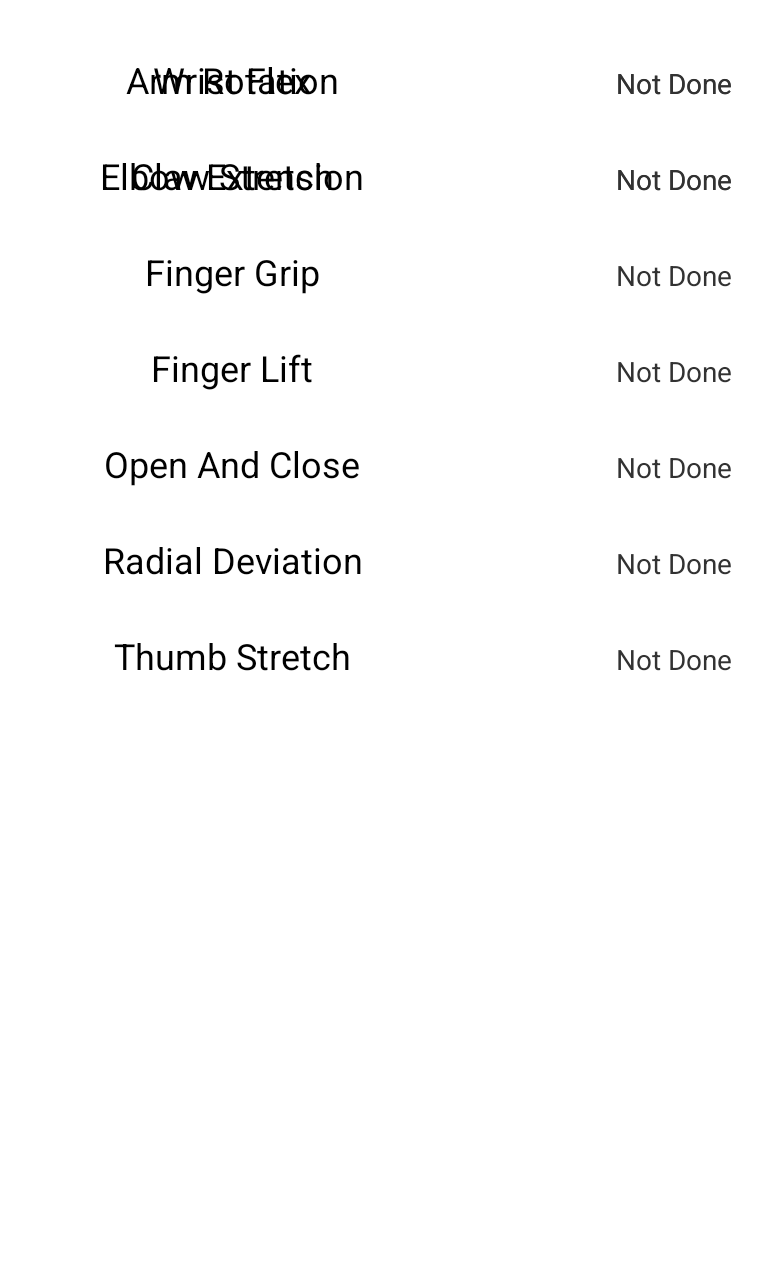
Repository: zi-yang-zhang/ECSE424-Group8
Layout: Hi Fi Prototype/ReHand/ReHand/res/layout/activity_details_page.xml
An editor plug-in stored every save of this project. The layout is shown before and after the next save, followed by the edit.
It is drawn on a 768 x 1280 px phone screen (xhdpi) without system bars, with theme AppTheme; the app's code is not run.

Above is the layout before, as saved 2014-02-20 02:43:55.

### Hi Fi Prototype/ReHand/ReHand/res/layout/activity_details_page.xml
<RelativeLayout xmlns:android="http://schemas.android.com/apk/res/android"
    xmlns:tools="http://schemas.android.com/tools"
    android:layout_width="match_parent"
    android:layout_height="match_parent"
    android:paddingBottom="@dimen/activity_vertical_margin"
    android:paddingLeft="@dimen/activity_horizontal_margin"
    android:paddingRight="@dimen/activity_horizontal_margin"
    android:paddingTop="@dimen/activity_vertical_margin"
    tools:context=".ElbowExtensionPage" >

    <Button
        android:id="@+id/button4"
        android:layout_width="200dp"
        android:layout_height="wrap_content"
        android:layout_alignleft="@+id/button7"
        style="?android:attr/borderlessButtonStyle"
        android:text="@string/exercise_text_wrist_flex" />

    <TextView
        android:id="@+id/ArmRotationProgress"
        android:layout_width="60dp"
        android:layout_height="wrap_content"
        android:layout_alignBaseline="@+id/button1"
        android:layout_alignBottom="@+id/button1"
        android:layout_alignParentRight="true"
        android:text="@string/progress_arm_rotation"
        android:textAppearance="?android:attr/textAppearanceSmall" />

    <TextView
        android:id="@+id/ClawStretchProgress"
        android:layout_width="60dp"
        android:layout_height="wrap_content"
        android:layout_alignBaseline="@+id/button5"
        android:layout_alignBottom="@+id/button5"
        android:layout_alignLeft="@+id/ArmRotationProgress"
        android:text="@string/progress_claw_stretch"
        android:textAppearance="?android:attr/textAppearanceSmall" />

    <TextView
        android:id="@+id/ElbowExtensionProgress"
        android:layout_width="60dp"
        android:layout_height="wrap_content"
        android:layout_alignBaseline="@+id/button6"
        android:layout_alignBottom="@+id/button6"
        android:layout_alignParentRight="true"
        android:text="@string/progress_elbow_extension"
        android:textAppearance="?android:attr/textAppearanceSmall" />

    <TextView
        android:id="@+id/FingerGripProgress"
        android:layout_width="60dp"
        android:layout_height="wrap_content"
        android:layout_alignBaseline="@+id/button7"
        android:layout_alignBottom="@+id/button7"
        android:layout_alignLeft="@+id/ElbowExtensionProgress"
        android:text="@string/progress_finger_grip"
        android:textAppearance="?android:attr/textAppearanceSmall" />

    <TextView
        android:id="@+id/FingerLiftProgress"
        android:layout_width="60dp"
        android:layout_height="wrap_content"
        android:layout_alignBaseline="@+id/button2"
        android:layout_alignBottom="@+id/button2"
        android:layout_alignLeft="@+id/FingerGripProgress"
        android:text="@string/progress_finger_lift"
        android:textAppearance="?android:attr/textAppearanceSmall" />

    <TextView
        android:id="@+id/WristFlexProgress"
        android:layout_width="60dp"
        android:layout_height="wrap_content"
        android:layout_alignBaseline="@+id/button4"
        android:layout_alignBottom="@+id/button4"
        android:layout_alignLeft="@+id/ThumbStretchProgress"
        android:text="@string/progress_wrist_flex"
        android:textAppearance="?android:attr/textAppearanceSmall" />

    <TextView
        android:id="@+id/ThumbStretchProgress"
        android:layout_width="60dp"
        android:layout_height="wrap_content"
        android:layout_alignBaseline="@+id/button3"
        android:layout_alignBottom="@+id/button3"
        android:layout_alignLeft="@+id/RadialDeviationProgress"
        android:text="@string/progress_thumb_stretch"
        android:textAppearance="?android:attr/textAppearanceSmall" />

    <TextView
        android:id="@+id/RadialDeviationProgress"
        android:layout_width="60dp"
        android:layout_height="wrap_content"
        android:layout_alignBaseline="@+id/button9"
        android:layout_alignBottom="@+id/button9"
        android:layout_alignLeft="@+id/FingerLiftProgress"
        android:text="@string/progress_radial_deviation"
        android:textAppearance="?android:attr/textAppearanceSmall" />

    <TextView
        android:id="@+id/OpenAndCloseProgress"
        android:layout_width="60dp"
        android:layout_height="wrap_content"
        android:layout_alignBaseline="@+id/button8"
        android:layout_alignBottom="@+id/button8"
        android:layout_alignLeft="@+id/FingerLiftProgress"
        android:text="@string/progress_open_and_close"
        android:textAppearance="?android:attr/textAppearanceSmall" />

    <Button
        android:id="@+id/button1"
        style="?android:attr/borderlessButtonStyle"
        android:layout_width="200dp"
        android:layout_height="wrap_content"
        android:layout_alignLeft="@+id/button5"
        android:layout_alignParentTop="true"
        android:text="@string/exercise_text_arm_rotation" />

    <Button
        android:id="@+id/button6"
        style="?android:attr/borderlessButtonStyle"
        android:layout_width="200dp"
        android:layout_height="wrap_content"
        android:layout_below="@+id/button4"
        android:layout_alignLeft="@+id/button7"
        android:text="@string/exercise_text_elbow_extension" />

    <Button
        android:id="@+id/button7"
        style="?android:attr/borderlessButtonStyle"
        android:layout_width="200dp"
        android:layout_height="wrap_content"
        android:layout_below="@+id/button6"
        android:layout_alignLeft="@+id/button2"
        android:text="@string/exercise_text_finger_grip" />

    <Button
        android:id="@+id/button2"
        style="?android:attr/borderlessButtonStyle"
        android:layout_width="200dp"
        android:layout_height="wrap_content"
        android:layout_below="@+id/button7"
        android:layout_alignLeft="@+id/button8"
        android:text="@string/exercise_text_finger_lift" />

    <Button
        android:id="@+id/button8"
        style="?android:attr/borderlessButtonStyle"
        android:layout_width="200dp"
        android:layout_height="wrap_content"
        android:layout_below="@+id/button2"
        android:layout_alignLeft="@+id/button9"
        android:text="@string/exercise_text_open_and_close" />

    <Button
        android:id="@+id/button9"
        style="?android:attr/borderlessButtonStyle"
        android:layout_width="200dp"
        android:layout_height="wrap_content"
        android:layout_below="@+id/button8"
        android:layout_alignLeft="@+id/button3"
        android:text="@string/exercise_text_radial_deviation" />

    <Button
        android:id="@+id/button3"
        style="?android:attr/borderlessButtonStyle"
        android:layout_width="200dp"
        android:layout_height="wrap_content"
        android:layout_below="@+id/button9"
        android:layout_alignLeft="@+id/button4"
        android:text="@string/exercise_text_thumb_stretch" />

    <Button
        android:id="@+id/button5"
        style="?android:attr/borderlessButtonStyle"
        android:layout_width="200dp"
        android:layout_height="wrap_content"
        android:layout_below="@+id/button1"
        android:layout_alignLeft="@+id/button6"
        android:text="@string/exercise_botton_text_claw_stretch" />

</RelativeLayout>

### Hi Fi Prototype/ReHand/ReHand/res/values/strings.xml
<?xml version="1.0" encoding="utf-8"?>
<resources>

    <string name="app_name">ReHand</string>
    <string name="action_settings">Settings</string>
    <string name="hello_world">Hello world!</string>
    <string name="greeting_words">Welcome To ReHand</string>
    <string name="touch_screen_instructions">Tap on either button to continue</string>
    <string name="sign_up">Sign Up now!</string>
    <string name="log_in">Log In!</string>
    <string name="title_activity_home_page">HomePage</string>
    <string name="greeting_home_page">Welcome Back!</string>
    <string name="exercises">Exercises</string>
    <string name="schedule">Schedule</string>
    <string name="title_activity_exercise_list_page">ExerciseListPage</string>
    <string name="title_activity_schedule_page">SchedulePage</string>
    <string name="exercise_botton_text_claw_stretch">Claw Stretch</string>
    <string name="title_activity_claw_stretch_page">ClawStretchPage</string>
    <string name="exercise_level_text">"Level: "</string>
    <string name="claw_stretch_level">I</string>
    <string name="exercise_botton_schedule">Schedule</string>
    <string name="exercise_tutorial_check_box">Show Tutorial?</string>
    <string name="exercise_start_botton_text">Start!</string>
    <string name="title_activity_claw_stretch_exercise">ClawStretchExercise</string>
    <string name="test_end_game">End Game</string>
    <string name="title_activity_claw_stretch_tutorial_page">ClawStretchTutorialPage</string>
    <string name="title_activity_claw_stretch_result">ClawStretchResult</string>
    <string name="exercise_text_arm_rotation">Arm Rotation</string>
    <string name="excercise_text_elbow_extension">Elbow Extension</string>
    <string name="arm_rotation_level">I</string>
    <string name="elbow_extension_level">I</string>
    <string name="exercise_text_finger_grip">Finger Grip</string>
    <string name="finger_grip_level">I</string>
    <string name="exercise_text_open_and_close">Open And Close</string>
    <string name="open_and_close_level">I</string>
    <string name="exercise_text_finger_lift">Finger Lift</string>
    <string name="finger_lift_level">I</string>
    <string name="exercise_text_radial_deviation">Radial Deviation</string>
    <string name="wrist_flex_level">I</string>
    <string name="exercise_text_wrist_flex">Wrist Flex</string>
    <string name="exercise_text_thumb_stretch">Thumb Stretch</string>
    <string name="thumb_stretch_level">I</string>
    <string name="radial_deviation_level">I</string>
    <string name="tutorial_text">tutorial</string>
    <string name="exercise_text_elbow_extension">Elbow Extension</string>
    <string name="title_activity_arm_rotation_exercise">ArmRotationExercise</string>
    <string name="title_activity_arm_rotation_page">ArmRotationPage</string>
    <string name="title_activity_arm_rotation_result">ArmRotationResult</string>
    <string name="title_activity_arm_rotation_tutorial_page">ArmRotationTutorialPage</string>
    <string name="title_activity_elbow_extension_exercise">ElbowExtensionExercise</string>
    <string name="title_activity_elbow_extension_page">ElbowExtensionPage</string>
    <string name="title_activity_elbow_extension_result">ElbowExtensionResult</string>
    <string name="title_activity_elbow_extension_tutorial_page">ElbowExtensionTutorialPage</string>
    <string name="title_activity_finger_grip_exercise">FingerGripExercise</string>
    <string name="title_activity_finger_grip_page">FingerGripPage</string>
    <string name="title_activity_finger_grip_result">FingerGripResult</string>
    <string name="title_activity_finger_grip_tutorial_page">FingerGripTutorialPage</string>
    <string name="title_activity_finger_lift_exercise">FingerLiftExercise</string>
    <string name="title_activity_finger_lift_page">FingerLiftPage</string>
    <string name="title_activity_finger_lift_result">FingerLiftResult</string>
    <string name="title_activity_finger_lift_tutorial_page">FingerLiftTutorialPage</string>
    <string name="title_activity_open_and_close_exercise">OpenAndCloseExercise</string>
    <string name="title_activity_open_and_close_page">OpenAndClosePage</string>
    <string name="title_activity_open_and_close_result">OpenAndCloseResult</string>
    <string name="title_activity_open_and_close_tutorial_page">OpenAndCloseTutorialPage</string>
    <string name="title_activity_radial_deviation_exercise">RadialDeviationExercise</string>
    <string name="title_activity_radial_deviation_page">RadialDeviationPage</string>
    <string name="title_activity_radial_deviation_result">RadialDeviationResult</string>
    <string name="title_activity_radial_deviation_tutorial_page">RadialDeviationTutorialPage</string>
    <string name="title_activity_thumb_stretch_exercise">ThumbStretchExercise</string>
    <string name="title_activity_thumb_stretch_page">ThumbStretchPage</string>
    <string name="title_activity_thumb_stretch_result">ThumbStretchResult</string>
    <string name="title_activity_thumb_stretch_tutorial_page">ThumbStretchTutorialPage</string>
    <string name="title_activity_wrist_flex_exercise">WristFlexExercise</string>
    <string name="title_activity_wrist_flex_page">WristFlexPage</string>
    <string name="title_activity_wrist_flex_result">WristFlexResult</string>
    <string name="title_activity_wrist_flex_tutorial_page">WristFlexTutorialPage</string>
    <string name="result_text_this_time">This Time:</string>
    <string name="result_text_personal_best">Personal Best:</string>
    <string name="result_exercises_button_text">Exercises</string>
    <string name="progress">Progress</string>
    <string name="progress_text_title">Progress</string>
    <string name="progress_text_view_details">View Details</string>
    <string name="title_activity_progress_page">ProgressPage</string>
    <string name="title_activity_details_page">DetailsPage</string>
    <string name="progress_arm_rotation">Not Done</string>
    <string name="progress_claw_stretch">Not Done</string>
    <string name="progress_elbow_extension">Not Done</string>
    <string name="progress_finger_grip">Not Done</string>
    <string name="progress_finger_lift">Not Done</string>
    <string name="progress_open_and_close">Not Done</string>
    <string name="progress_radial_deviation">Not Done</string>
    <string name="progress_thumb_stretch">Not Done</string>
    <string name="progress_wrist_flex">Not Done</string>

</resources>

Loaded but not shown: Hi Fi Prototype/ReHand/ReHand/res/values/styles.xml (common file); Hi Fi Prototype/ReHand/ReHand/res/values-v11/styles.xml (common file); Hi Fi Prototype/ReHand/ReHand/res/values-v14/styles.xml (common file); Hi Fi Prototype/ReHand/ReHand/res/values/dimens.xml (common file)

After the next save:
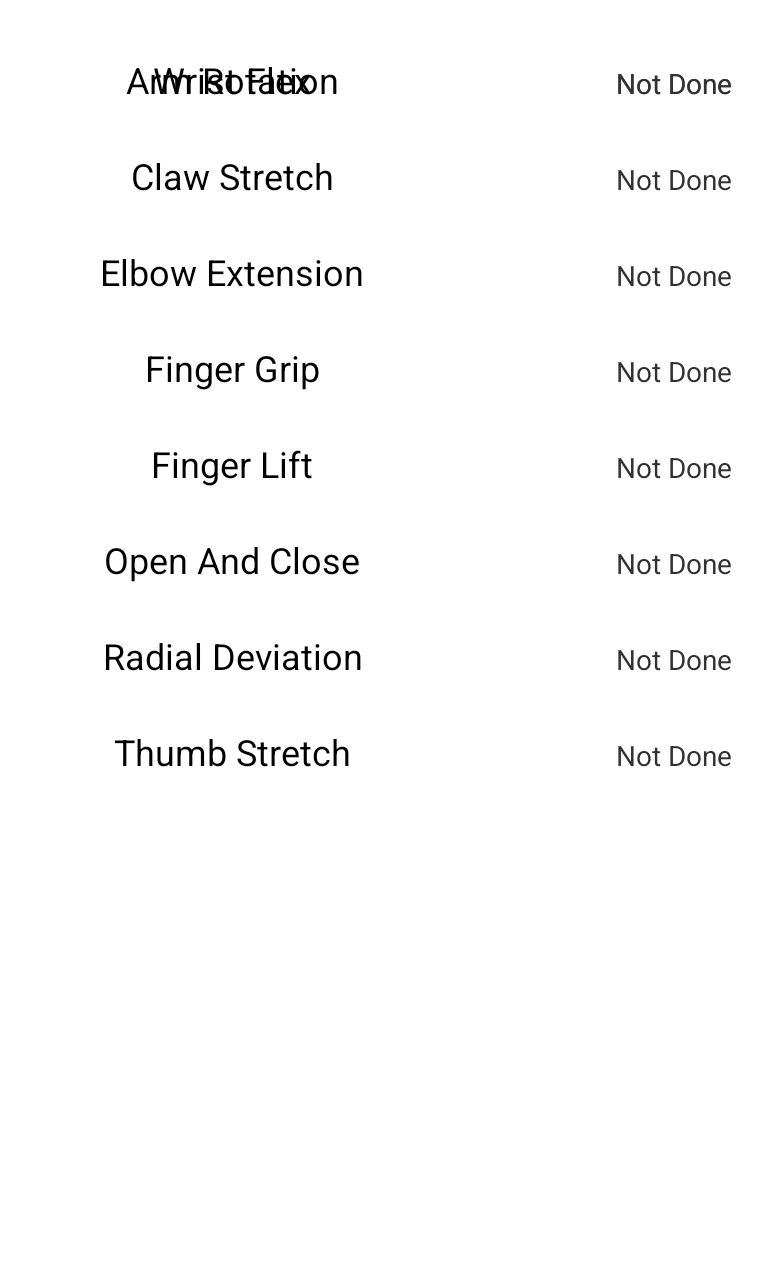
Saved 8 s later.
--- a/Hi Fi Prototype/ReHand/ReHand/res/layout/activity_details_page.xml
+++ b/Hi Fi Prototype/ReHand/ReHand/res/layout/activity_details_page.xml
@@ -120,7 +120,7 @@
         style="?android:attr/borderlessButtonStyle"
         android:layout_width="200dp"
         android:layout_height="wrap_content"
-        android:layout_below="@+id/button4"
+        android:layout_below="@+id/button5"
         android:layout_alignLeft="@+id/button7"
         android:text="@string/exercise_text_elbow_extension" />
 
